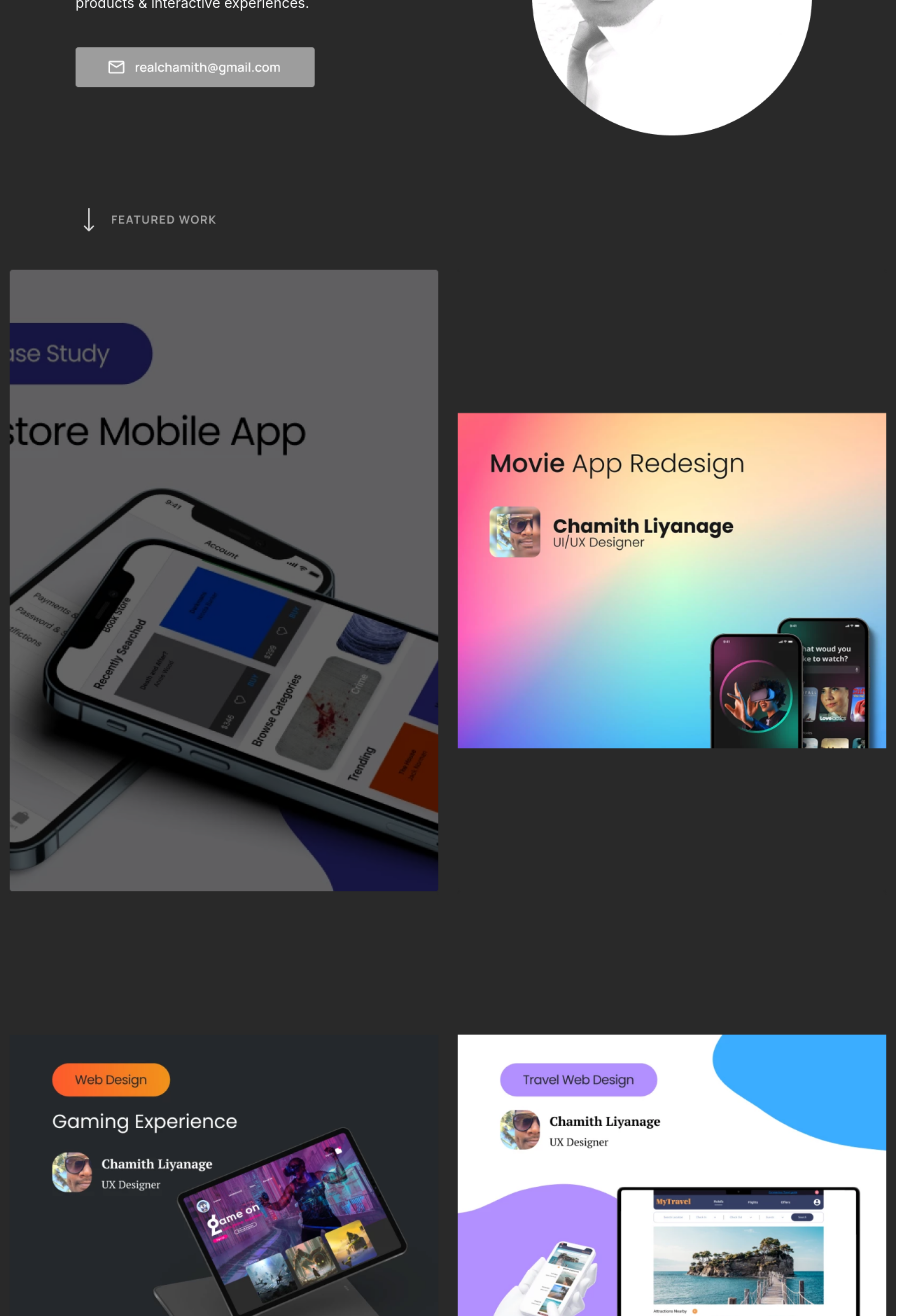
Repository: Realchamithweb/chamith-html
Page: index.html
These files come from the project's save history. The page is drawn as it stood at one moment and after the next save; the edit follows.
The browser window is 1280 px wide. The page is 1292 px wide, so the pictures cover 1292 px, including what lies to the right of the window. The pictures show the part of the page from y = 398 to 2278 px (the page is 4169 px tall before and 4121 px after), at 70% of full size.

Above is the page before, as saved 2023-01-04 16:30:20.

### index.html
<!doctype html>
<html lang="en">
  <head>
    <!-- Required meta tags -->
    <meta charset="utf-8">
    <meta name="viewport" content="width=device-width, initial-scale=1">
    <link rel="stylesheet" href="/css/style.css">
    <link rel="script" href="/js/main.js">
    <!-- Bootstrap CSS -->
    <link href="https://cdn.jsdelivr.net/npm/bootstrap@5.0.2/dist/css/bootstrap.min.css" rel="stylesheet" integrity="sha384-EVSTQN3/azprG1Anm3QDgpJLIm9Nao0Yz1ztcQTwFspd3yD65VohhpuuCOmLASjC" crossorigin="anonymous">
    <link rel="stylesheet" href="https://fonts.googleapis.com/css?family=Manrope">
    <title>Hello, world!</title>
  </head>
  <body>
    <div class="main">
            <div class="head">
                <nav class="navbar navbar-expand-lg navbar-light bg-dark">
                    <div class="container-fluid">
                        <div class="col-md-1"></div>
                    <a class="navbar-brand col-md-8 text-light" href="#">Navbar</a>
                    <button class="navbar-toggler" type="button" data-bs-toggle="collapse" data-bs-target="#navbarNavDropdown" aria-controls="navbarNavDropdown" aria-expanded="false" aria-label="Toggle navigation">
                        <span class="navbar-toggler-icon"></span>
                    </button>
                    <div class="collapse navbar-collapse" id="navbarNavDropdown">
                        <ul class="navbar-nav">
                        <li class="nav-item">
                            <a class="nav-link active text-light" aria-current="page" href="#">Home</a>
                        </li>
                        <li class="nav-item">
                            <a class="nav-link text-light" href="/work.html">Work</a>
                        </li>
                        <li class="nav-item">
                            <a class="nav-link text-light" href="/contact.html">Contact</a>
                        </li>
                        </ul>
                    </div>
                    </div>
                </nav>
            </div>

            <section>
            <div class="hero">
                <div class="container-fluid">
                    <div class="row">
                        <div class="col-lg-6">
                            <p class="hero-title text-light mt-5">Hi, I am Chamith<br>
                                A Product Designer<br>
                                based in London.
                            </p>
                            <p class="hero-text text-light mt-2">
                                I help businesses and companies reach <br>
                                their goals by designing user-centric digital <br>
                                products & interactive experiences.
                            </p>
                            <div class="mt-5">
                                <img src="/inc/Btn.png" class="hero-btn">
                            </div>
                        </div>
                        <div class="col-lg-6 d-flex justify-content-center mt-4">
                            <img src="/inc/unsplash_XHVpWcr5grQ.png"" class="hero-img">
                        </div>
                    </div>
                </div>
            </div>
            </section>
            <section>
            <div class="Featured-Work">
                <div class="container-fluid">
                    <div class="row mt-5">
                        <div class="col-lg-1  mb-5"></div>
                        <div class="col-lg-10  mb-5 mt-5">
                            <img src="/inc/Featured.png" class="img00">
                        </div>
                        <div class="col-lg-6 d-flex justify-content-center">
                            <img src="/inc/unsplash_mxPiMiz7KCo.png" class="img01">

                        </div>
                        <div class="col-lg-6 d-flex justify-content-center">
                            <img src="/inc/unsplash_g-pKprPg5yw.png" class="img02">
                        </div>
                    </div>
                </div>
                <div class="container-fluid">
                    <div class="row">
                        <div class="col-lg-6 d-flex justify-content-center">
                            <img src="/inc/unsplash_pqzRfBhd9r0.png" class="img01">
                        </div>
                        <div class="col-lg-6 d-flex justify-content-center">
                            <img src="/inc/unsplash_x-HpilsdKEk.png" class="img01">
                        </div>
                    </div>
                </div>
            </div>
            </section>
            <section>
                <div class="Visual-Explorations mb-5">
                    <div class="container-fluild">
                        <div class="row">
                            <div class="col-lg-12 d-flex justify-content-center text-light h1 mt-5 mb-5">Visual Explorations</div>
                            <div class="col-lg-4 d-flex justify-content-center">
                                <img src="/inc/unsplash_fd6K_OFlnRA.png" class="img01">
                            </div>
                            <div class="col-lg-4 d-flex justify-content-center">
                                <img src="/inc/unsplash_Glel-RswQqM.png" class="img01">
                            </div>
                            <div class="col-lg-4 d-flex justify-content-center">
                                <img src="/inc/unsplash_pPTw_RTkvXQ.png" class="img01">
                            </div>
                        </div>
                    </div>
                </div>
            </section>
            <section>
                <div class="Personal-Projects">
                    <div class="container-fluild">
                        <div class="row">
                            <div class="col-lg-12 d-flex justify-content-center text-light h1 mt-5">Personal Projects</div>
                            <div class="col-lg-4 d-flex justify-content-center">
                                <img src="/inc/Rectangle 4.png" class="img01">
                            </div>
                            <div class="col-lg-4 d-flex justify-content-center">
                                <img src="/inc/Rectangle 4-1.png" class="img01">
                            </div>
                            <div class="col-lg-4 d-flex justify-content-center">
                                <img src="/inc/Rectangle 4-2.png" class="img01">
                            </div>
                        </div>
                    </div>
                </div>
            </section>
            <section>
                <div class="contact-me">
                    <div class="container-fluild">
                        <div class="row">
                                <h2 class="text-light d-flex justify-content-center mb-5">Contact Me</h2>
                                <p class="text-light d-flex text-center justify-content-center h5 mb-5">If you are looking to hire a product designer,<br>
                                    I’m currently available for freelance work</p>
                                <div class="col-lg-12 d-flex justify-content-center mb-5">
                                    <img src="/inc/Btn.png" class="img02">
                                </div>
                        </div>
                    </div>
                </div>
            </section>
            <section>
                <div class="footer">
                    <div class="container-fluild">
                        <div class="row">
                            <hr class="text-light">
                            <div class="col-lg-4 text-center text-light mb-3">Made by Chamith — Copyright 2022</div>
                            <div class="col-lg-4 mb-3"></div>
                            <div class="col-lg-4 mb-3"><img src="/inc/Icons.png" class="img02"></div>
                        </div>
                    </div>
                </div>
            </section>

    </div>




    <!-- Optional JavaScript; choose one of the two! -->

    <!-- Option 1: Bootstrap Bundle with Popper -->
    <script src="https://cdn.jsdelivr.net/npm/bootstrap@5.0.2/dist/js/bootstrap.bundle.min.js" integrity="sha384-MrcW6ZMFYlzcLA8Nl+NtUVF0sA7MsXsP1UyJoMp4YLEuNSfAP+JcXn/tWtIaxVXM" crossorigin="anonymous"></script>

    <!-- Option 2: Separate Popper and Bootstrap JS -->
    <!--
    <script src="https://cdn.jsdelivr.net/npm/@popperjs/core@2.9.2/dist/umd/popper.min.js" integrity="sha384-IQsoLXl5PILFhosVNubq5LC7Qb9DXgDA9i+tQ8Zj3iwWAwPtgFTxbJ8NT4GN1R8p" crossorigin="anonymous"></script>
    <script src="https://cdn.jsdelivr.net/npm/bootstrap@5.0.2/dist/js/bootstrap.min.js" integrity="sha384-cVKIPhGWiC2Al4u+LWgxfKTRIcfu0JTxR+EQDz/bgldoEyl4H0zUF0QKbrJ0EcQF" crossorigin="anonymous"></script>
    -->
  </body>
</html>

### css/style.css
.main{
    background-color: #292929;
    font-family: 'Manrope', serif;

}

.hero{
    margin-top: 16px;
}

.hero-img{
    margin-top: 6em;
}

.hero-title{
    font-family: 'Inter';
    font-style: normal;
    font-weight: 400;
    font-size: 54px;
    line-height: 64px;
    margin-left: 96px;
}

.hero-text{
    font-family: 'Inter';
    font-style: normal;
    font-weight: 400;
    font-size: 20px;
    line-height: 30px;
    margin-left: 96px;
}

.hero-btn{
    margin-left: 96px;
}
/*
.hero-title{
    position: absolute;
    width: 824px;
    height: 192px;
    left: 96px;
    top: 240px;

    font-family: 'Inter';
    font-style: normal;
    font-weight: 400;
    font-size: 54px;
    line-height: 64px;
    color: #000000;
}

.hero-text{
    position: absolute;
    width: 824px;
    height: 90px;
    left: 96px;
    top: 456px;

    font-family: 'Inter';
    font-style: normal;
    font-weight: 400;
    font-size: 20px;
    line-height: 30px;
    /* or 150% */
    /* color: #000000
}

.hero-btn{
    box-sizing: border-box;
    position: absolute;
    width: 341.57px;
    height: 57px;
    left: 96px;
    top: 634px;

    background: #FFFFFF;
    border: 1px solid #000000;
    border-radius: 4px;
}

.f-row{
    display: flex;
    flex-direction: row;
    justify-content: center;
    align-items: center;
    padding: 8px;
    gap: 32px;

    position: absolute;
    height: 48px;
    left: 96px;
    top: 836px;
}

.img00{
    display: flex;
    flex-direction: row;
    justify-content: center;
    align-items: center;
    padding: 8px;
    gap: 32px;

    position: absolute;
    width: 198px;
    height: 48px;
    left: 96px;
    top: 836px;

}

.img01{
    position: absolute;
    width: 612px;
    height: 888px;
    left: 96px;
    top: 964px;
    border-radius: 4px;
}

.img01:hover{
    background: linear-gradient(0deg, rgba(0, 0, 0, 0.6), rgba(0, 0, 0, 0.6)), url("/inc/Bookstore.png"), #292929;
}

.img02{
    position: absolute;
    width: 612px;
    height: 888px;
    left: 732px;
    top: 1102px;

    background: url(3ffea8135910975.Y3JvcCwxMDgwLDg0NCwwLDExNw.png), #292929;
    border-radius: 4px;
}  */

After the next save:
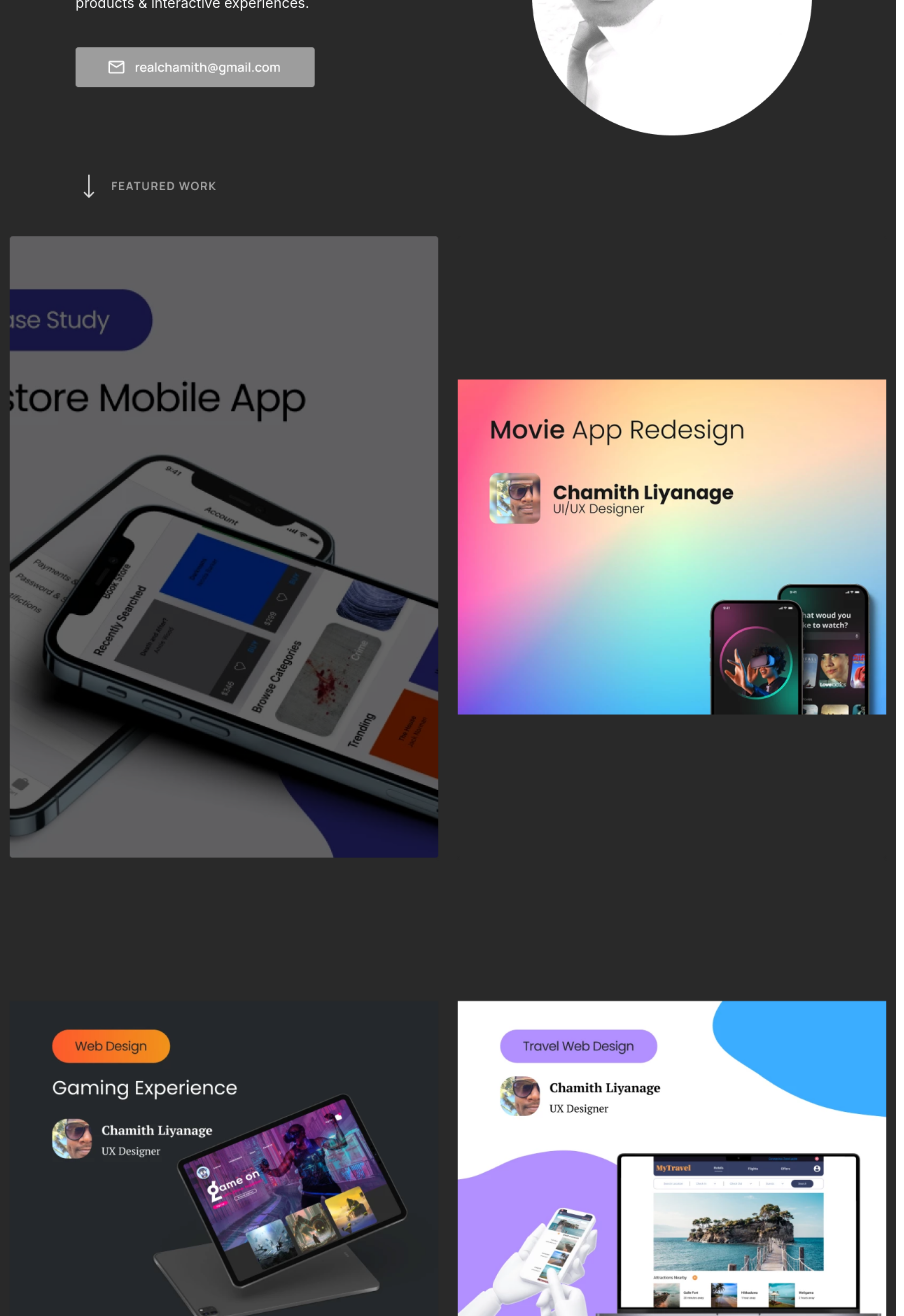
Saved 53 s later.
--- a/index.html
+++ b/index.html
@@ -66,7 +66,7 @@
             <section>
             <div class="Featured-Work">
                 <div class="container-fluid">
-                    <div class="row mt-5">
+                    <div class="row">
                         <div class="col-lg-1  mb-5"></div>
                         <div class="col-lg-10  mb-5 mt-5">
                             <img src="/inc/Featured.png" class="img00">
